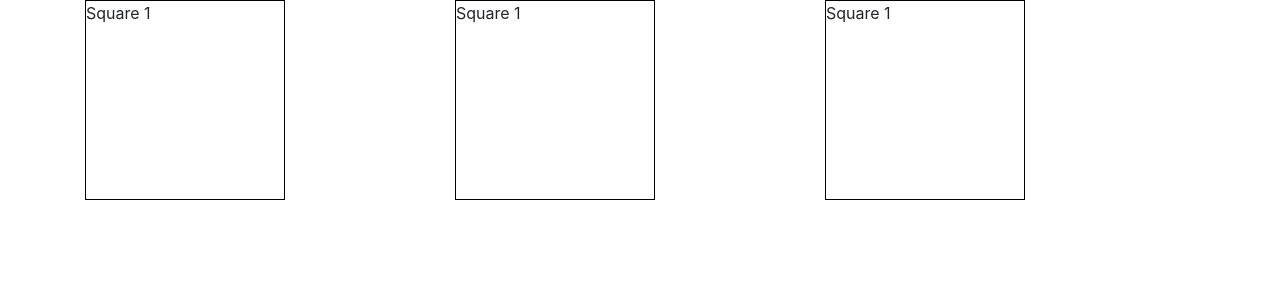
Repository: tts2610/Tic-Tac_Toe
Page: /
An editor plug-in stored every save of this project. The page is shown before and after the next save, followed by the edit.
The browser window is 1280 px wide. The pictures show the whole page.
The project was rebuilt for these pictures with package versions that can differ from the ones it lists, and the page was loaded fresh each time.

Above is the page before, as saved 2020-06-02 10:55:09.

### src/App.js
import React, { Component } from "react";
import "./App.css";
import Board from "./components/Board";
import "bootstrap/dist/css/bootstrap.min.css";

export default class App extends Component {
  render() {
    return (
      <div className="App">
        <Board />
      </div>
    );
  }
}

### src/App.css
.box {
    width: 200px;
    height: 200px;
    border: 1px solid black;
}

### src/components/Board.js
import React, { Component } from "react";
import Square from "./Square";
import { Row, Col, Container } from "react-bootstrap/";

const styles = {
  grid: {
    paddingLeft: 0,
    paddingRight: 0,
  },
  row: {
    marginLeft: 0,
    marginRight: 0,
  },
  col: {
    paddingLeft: 0,
    paddingRight: 0,
  },
};
export default class Board extends Component {
  render() {
    return (
      <Container>
        <Row style={styles.row}>
          <Col sm={4} style={styles.col}>
            <Square />
          </Col>
          <Col sm={4} style={styles.col}>
            <Square />
          </Col>
          <Col sm={4} style={styles.col}>
            <Square />
          </Col>
        </Row>
      </Container>
    );
  }
}

### src/components/Square.js
import React from "react";

export default function Square() {
  return <div className="box">Square 1</div>;
}

Loaded but not shown: public/index.html (common file); src/index.js (common file); src/index.css (common file); src/serviceWorker.js (common file)

After the next save:
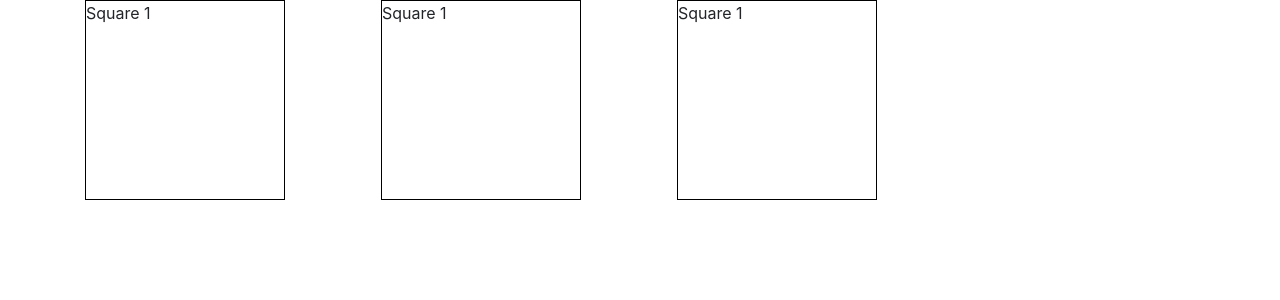
Saved 20 s later.
--- a/src/components/Board.js
+++ b/src/components/Board.js
@@ -10,6 +10,7 @@ const styles = {
   row: {
     marginLeft: 0,
     marginRight: 0,
+    width: "80%",
   },
   col: {
     paddingLeft: 0,
